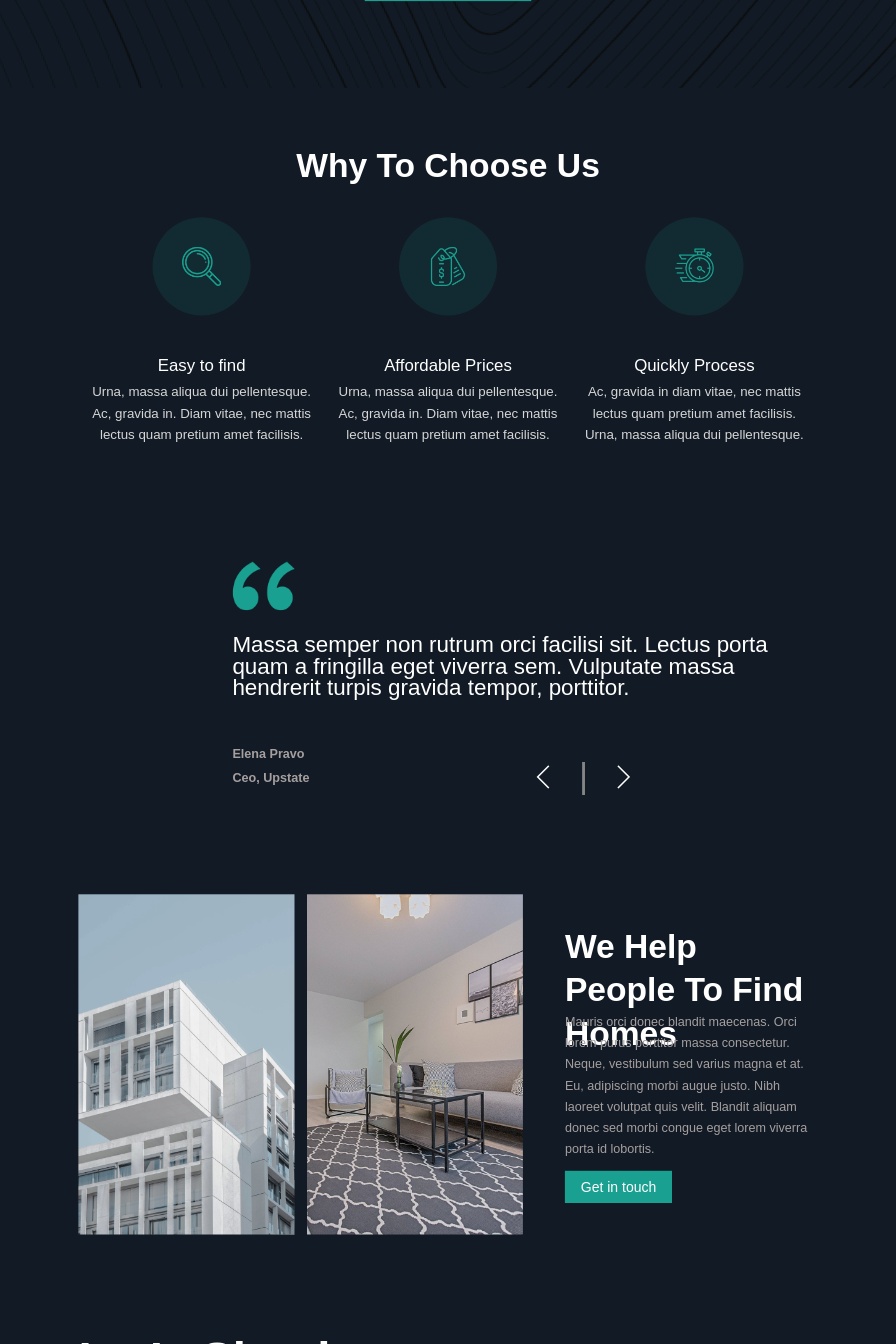
Repository: tung1233hhhhhhhhhhhhh/WebClone-Home
Page: index.html
An editor plug-in stored every save of this project. The page is shown before and after the next save, followed by the edit.
The browser window is 1280 px wide. The pictures show the part of the page from y = 1942 to 3862 px (the page is 4165 px tall), at 70% of full size.
After loading, the first visible `div.testimonial-next` was clicked once.

Above is the page before, as saved 2023-05-25 09:32:16.

### index.html
<!DOCTYPE html>
<html lang="en">

<head>
    <meta charset="UTF-8">
    <meta http-equiv="X-UA-Compatible" content="IE=edge">
    <meta name="viewport" content="width=device-width, initial-scale=1.0">
    <title>Document</title>
    <link rel="stylesheet" href="./assets/css/main.css">
    <link rel="stylesheet" href="./assets/css/root.css">
    <link rel="stylesheet" href="./assets/fonts/themify-icons/themify-icons.css">
</head>

<body>
    <div id="hearder">
        <div class="nav">
            <div class="nav-brand">
                <img src="./assets/img/logo.png" alt="">
            </div>
            <ul class="nav-list">
                <li><a href="">Home</a></li>
                <li><a href="">About Us</a></li>
                <li><a href="">Buying</a></li>
                <li><a href="">Renting</a> </li>
                <li><a href="">Selling</a> </li>
                <li><a href="">Contant Us</a> </li>
                <li><a href="">Pages
                        <i class="ti-angle-down"></i>
                    </a> </li>
                <li><button class="nav-btn-login">Login</button></li>
                <li><button class="nav-btn-signup">Sign Up</button></li>
            </ul>
        </div>
    </div>

    <!--billboard  -->

    <div id="billboard">
        <div class="container">
            <div class="main">
                <div class="billboard-text">
                    <h1>Perfect Way To Buy And Sell A Home</h1>
                    <p>Diam vitae, nec mattis lectus quam pretium amet facilisis. Urna, massa aliqua dui pellentesque.
                        Ac, gravida in eget non amet eget purus non.</p>
                    <div class="navbar-billboard">
                        <div class="container-billboard">

                            <div class="billboard-select">
                                <select name="" id="" class="form-select">
                                    <option value="">Purpose</option>
                                    <option value="">Buy</option>
                                    <option value="">Action</option>
                                    <option value="">Something else here</option>
                                </select>
                            </div>
                            <div class="billboard-select">
                                <select name="" id="" class="form-select">
                                    <option value="">Location</option>
                                    <option value="">Action</option>
                                    <option value="">Another action</option>
                                    <option value="">Something else here</option>
                                </select>
                            </div>
                            <div class="billboard-select">
                                <select name="" id="" class="form-select">
                                    <option value="">Action</option>
                                    <option value="">Another action</option>
                                    <option value="">Something else here</option>
                                    <option value="">Type</option>
                                </select>
                            </div>
                            <div class="billboard-btn">
                                <button class="btn-select">Search</button>
                            </div>
                        </div>
                    </div>
                </div>

                <div class="billboard-img"></div>

            </div>
        </div>
    </div>

    <!-- feature -->

    <div id="feature">
        <div class="container">
            <div class="feature-row">
                <h2>Featured In</h2>
            </div>
            <div class="feature-row row-logo">
                <div class="feature-logo">
                    <img src="./assets/img/logo1.png" alt="">
                </div>
                <div class="feature-logo">
                    <img src="./assets/img/logo2.png" alt="">
                </div>
                <div class="feature-logo">
                    <img src="./assets/img/logo3.png" alt="">
                </div>
                <div class="feature-logo">
                    <img src="./assets/img/logo4.png" alt="">
                </div>
                <div class="feature-logo">
                    <img src="./assets/img/logo6.png" alt="">
                </div>
            </div>
        </div>
    </div>

    <!-- residence -->

    <div id="residence">
        <div class="container">
            <h2 class="text-residence">Popular Residence</h2>
            <div class="btn-next"></div>
            <div class="btn-prev"></div>
            <div class="residence-content">
                <div class="wrapper-residence">
                    <div class="box-slide">
                        <div class="card">
                            <img src="./assets/img/katie-musial-Zf5zT1torbg-unsplash.png" alt="">
                            <div class="card-text">
                                <h5>Aliva Priva Jalvin</h5>
                                <p>1087 Pin Oak Drive, Clinton, USA</p>
                                <div class="card-logo">
                                    <ul>
                                        <li class="logo-list">
                                            <img src="./assets/img/bed.png" alt="">
                                            4 bed
                                        </li>
                                        <li class="logo-list">
                                            <img src="./assets/img/bath.png" alt="">
                                            2 bath
                                        </li>
                                        <li class="logo-list">
                                            <img src="./assets/img/square.png" alt="">
                                            1203 Sqft.
                                        </li>
                                    </ul>
                                </div>
                            </div>

                        </div>
                    </div>

                    <div class="box-slide">
                        <div class="card">
                            <img src="./assets/img/lance-anderson-QdAAasrZhdk-unsplash.png" alt="">
                            <div class="card-text">
                                <h5>Aliva Priva Jalvin</h5>
                                <p>1087 Pin Oak Drive, Clinton, USA</p>
                                <div class="card-logo">
                                    <ul>
                                        <li class="logo-list">
                                            <img src="./assets/img/bed.png" alt="">
                                            4 bed
                                        </li>
                                        <li class="logo-list">
                                            <img src="./assets/img/bath.png" alt="">
                                            2 bath
                                        </li>
                                        <li class="logo-list">
                                            <img src="./assets/img/square.png" alt="">
                                            1203 Sqft.
                                        </li>
                                    </ul>
                                </div>
                            </div>
                        </div>
                    </div>

                    <div class="box-slide">
                        <div class="card">
                            <img src="./assets/img/pexels-scott-webb-532569.png" alt="">
                            <div class="card-text">
                                <h5>Aliva Priva Jalvin</h5>
                                <p>1087 Pin Oak Drive, Clinton, USA</p>
                                <div class="card-logo">
                                    <ul>
                                        <li class="logo-list">
                                            <img src="./assets/img/bed.png" alt="">
                                            4 bed
                                        </li>
                                        <li class="logo-list">
                                            <img src="./assets/img/bath.png" alt="">
                                            2 bath
                                        </li>
                                        <li class="logo-list">
                                            <img src="./assets/img/square.png" alt="">
                                            1203 Sqft.
                                        </li>
                                    </ul>
                                </div>
                            </div>
                        </div>
                    </div>

                    <div class="box-slide">
                        <div class="card">
                            <img src="./assets/img/katie-musial-Zf5zT1torbg-unsplash.png" alt="">
                            <div class="card-text">
                                <h5>Aliva Priva Jalvin</h5>
                                <p>1087 Pin Oak Drive, Clinton, USA</p>
                                <div class="card-logo">
                                    <ul>
                                        <li class="logo-list">
                                            <img src="./assets/img/bed.png" alt="">
                                            4 bed
                                        </li>
                                        <li class="logo-list">
                                            <img src="./assets/img/bath.png" alt="">
                                            2 bath
                                        </li>
                                        <li class="logo-list">
                                            <img src="./assets/img/square.png" alt="">
                                            1203 Sqft.
                                        </li>
                                    </ul>
                                </div>
                            </div>

                        </div>
                    </div>

                    <div class="box-slide">
                        <div class="card">
                            <img src="./assets/img/lance-anderson-QdAAasrZhdk-unsplash.png" alt="">
                            <div class="card-text">
                                <h5>Aliva Priva Jalvin</h5>
                                <p>1087 Pin Oak Drive, Clinton, USA</p>
                                <div class="card-logo">
                                    <ul>
                                        <li class="logo-list">
                                            <img src="./assets/img/bed.png" alt="">
                                            4 bed
                                        </li>
                                        <li class="logo-list">
                                            <img src="./assets/img/bath.png" alt="">
                                            2 bath
                                        </li>
                                        <li class="logo-list">
                                            <img src="./assets/img/square.png" alt="">
                                            1203 Sqft.
                                        </li>
                                    </ul>
                                </div>
                            </div>
                        </div>
                    </div>

                    <div class="box-slide">
                        <div class="card">
                            <img src="./assets/img/pexels-scott-webb-532569.png" alt="">
                            <div class="card-text">
                                <h5>Aliva Priva Jalvin</h5>
                                <p>1087 Pin Oak Drive, Clinton, USA</p>
                                <div class="card-logo">
                                    <ul>
                                        <li class="logo-list">
                                            <img src="./assets/img/bed.png" alt="">
                                            4 bed
                                        </li>
                                        <li class="logo-list">
                                            <img src="./assets/img/bath.png" alt="">
                                            2 bath
                                        </li>
                                        <li class="logo-list">
                                            <img src="./assets/img/square.png" alt="">
                                            1203 Sqft.
                                        </li>
                                    </ul>
                                </div>
                            </div>
                        </div>
                    </div>


                </div>
            </div>
            <div class="residence-btn">
                <button>View all properties</button>
            </div>
        </div>
    </div>

    <!-- about-us -->

    <div id="about-us">
        <div class="container">
            <div class="main">
                <h2>Why To Choose Us</h2>
                <div class="about-content">
                    <div class="about-box">
                        <img src="./assets/img/search.png" alt="">
                        <h4>Easy to find</h4>
                        <p>Urna, massa aliqua dui pellentesque. Ac, gravida in. Diam vitae, nec mattis lectus quam
                            pretium amet facilisis.</p>
                    </div>
                    <div class="about-box">
                        <img src="./assets/img/price.png" alt="">
                        <h4>Affordable Prices</h4>
                        <p>Urna, massa aliqua dui pellentesque. Ac, gravida in. Diam vitae, nec mattis lectus quam
                            pretium amet facilisis.</p>
                    </div>
                    <div class="about-box">
                        <img src="./assets/img/time.png" alt="">
                        <h4>Quickly Process</h4>
                        <p>Ac, gravida in diam vitae, nec mattis lectus quam pretium amet facilisis. Urna, massa aliqua
                            dui pellentesque.
                    </div>
                </div>
            </div>
        </div>
    </div>

    <!-- testimonial -->

    <div id="testimonial">
        <div class="container">
            <div class="testimonial-main">
                <div class="testimonial-wrapper">
                    <div class="slide-list">
                        <div class="slide-content">
                            <div class="slide-box">
                                <img src="./assets/img/quote.png" alt="">
                                <P>Massa semper non rutrum orci facilisi sit. Lectus porta quam a fringilla
                                    eget viverra sem. Vulputate massa hendrerit turpis gravida tempor, porttitor.</P>
                                <h1>Elena Pravo</h1>
                                <h2>Ceo, Upstate</h2>
                            </div>
                        </div>
                    </div>
                    <div class="slide-list">
                        <div class="slide-content">
                            <div class="slide-box">
                                <img src="./assets/img/quote.png" alt="">
                                <P>Massa semper non rutrum orci facilisi sit. Lectus porta quam a fringilla
                                    eget viverra sem. Vulputate massa hendrerit turpis gravida tempor, porttitor.</P>
                                <h1>Elena Pravo</h1>
                                <h2>Ceo, Upstate</h2>
                            </div>
                        </div>
                    </div>
                    <div class="slide-list">
                        <div class="slide-content">
                            <div class="slide-box">
                                <img src="./assets/img/quote.png" alt="">
                                <P>Massa semper non rutrum orci facilisi sit. Lectus porta quam a fringilla
                                    eget viverra sem. Vulputate massa hendrerit turpis gravida tempor, porttitor.</P>
                                <h1>Elena Pravo</h1>
                                <h2>Ceo, Upstate</h2>
                            </div>
                        </div>
                    </div>
                    <div class="slide-list">
                        <div class="slide-content">
                            <div class="slide-box">
                                <img src="./assets/img/quote.png" alt="">
                                <P>Massa semper non rutrum orci facilisi sit. Lectus porta quam a fringilla
                                    eget viverra sem. Vulputate massa hendrerit turpis gravida tempor, porttitor.</P>
                                <h1>Elena Pravo</h1>
                                <h2>Ceo, Upstate</h2>
                            </div>
                        </div>
                    </div>
                    <div class="slide-list">
                        <div class="slide-content">
                            <div class="slide-box">
                                <img src="./assets/img/quote.png" alt="">
                                <P>Massa semper non rutrum orci facilisi sit. Lectus porta quam a fringilla
                                    eget viverra sem. Vulputate massa hendrerit turpis gravida tempor, porttitor.</P>
                                <h1>Elena Pravo</h1>
                                <h2>Ceo, Upstate</h2>
                            </div>
                        </div>
                    </div>
                </div>
                <div class="testimonial-btn">
                    <div class="testimonial-prev">
                        <i class="ti-angle-left"></i>
                    </div>
                    <span>|</span>
                    <div class="testimonial-next">
                        <i class="ti-angle-right"></i>
                    </div>
                </div>
            </div>
        </div>
    </div>


    <!-- help -->

    <div id="help">
        <div class="container">
            <div class="help-main">
                <div class="help-img">
                    <img src="./assets/img/Group 1.png" alt="">
                </div>
                <div class="help-text">
                    <h2>We Help People To Find Homes</h2>
                    <p>Mauris orci donec blandit maecenas. Orci lorem purus porttitor massa consectetur. Neque,
                        vestibulum sed varius magna et at. Eu, adipiscing morbi augue justo. Nibh laoreet volutpat quis
                        velit. Blandit aliquam donec sed morbi congue eget lorem viverra porta id lobortis.</p>
                    <button>Get in touch</button>
                </div>
            </div>
        </div>
    </div>

    <!-- start -->

    <div id="start">
        <div class="container">
            <div class="start-main">
                <div class="start-left">
                    <h1>Let’s simply begin with rentiz.</h1>
                </div>
                <div class="start-right">
                    <p>Neque, vestibulum sed varius magna et at. Eu, adipiscing morbi augue justo. Nibh
                        laoreet volutpat quis velit. Blandit aliquam donec sed morbi congue eget lorem viverra porta id
                        lobortis.</p>
                    <button>Get Started</button>
                </div>
            </div>
        </div>
    </div>

    <!-- footer -->

    <footer>

    </footer>
    <script src="./js/index.js"></script>
</body>

</html>

### assets/css/root.css
:root {
    --accent-color: #1AA090;
    --dark-color: #121B25;
    --grey-color: #83898F;
    --body-text-color: #FFFFFF;
    --light-text-color: #a69f9f;
    --link-color: #092035;
}

### js/index.js
const prevTestimonial = document.querySelector(".testimonial-prev");
const nextTestimonial = document.querySelector(".testimonial-next");

prevTestimonial.addEventListener("click", () => {
  handleChangeSlide(-1);
});

nextTestimonial.addEventListener("click", () => {
  handleChangeSlide(1);
});

function handleChangeSlide(direction) {}

Loaded but not shown: assets/fonts/themify-icons/themify-icons.css (common file); assets/css/main.css (578 lines, source omitted)

After the next save:
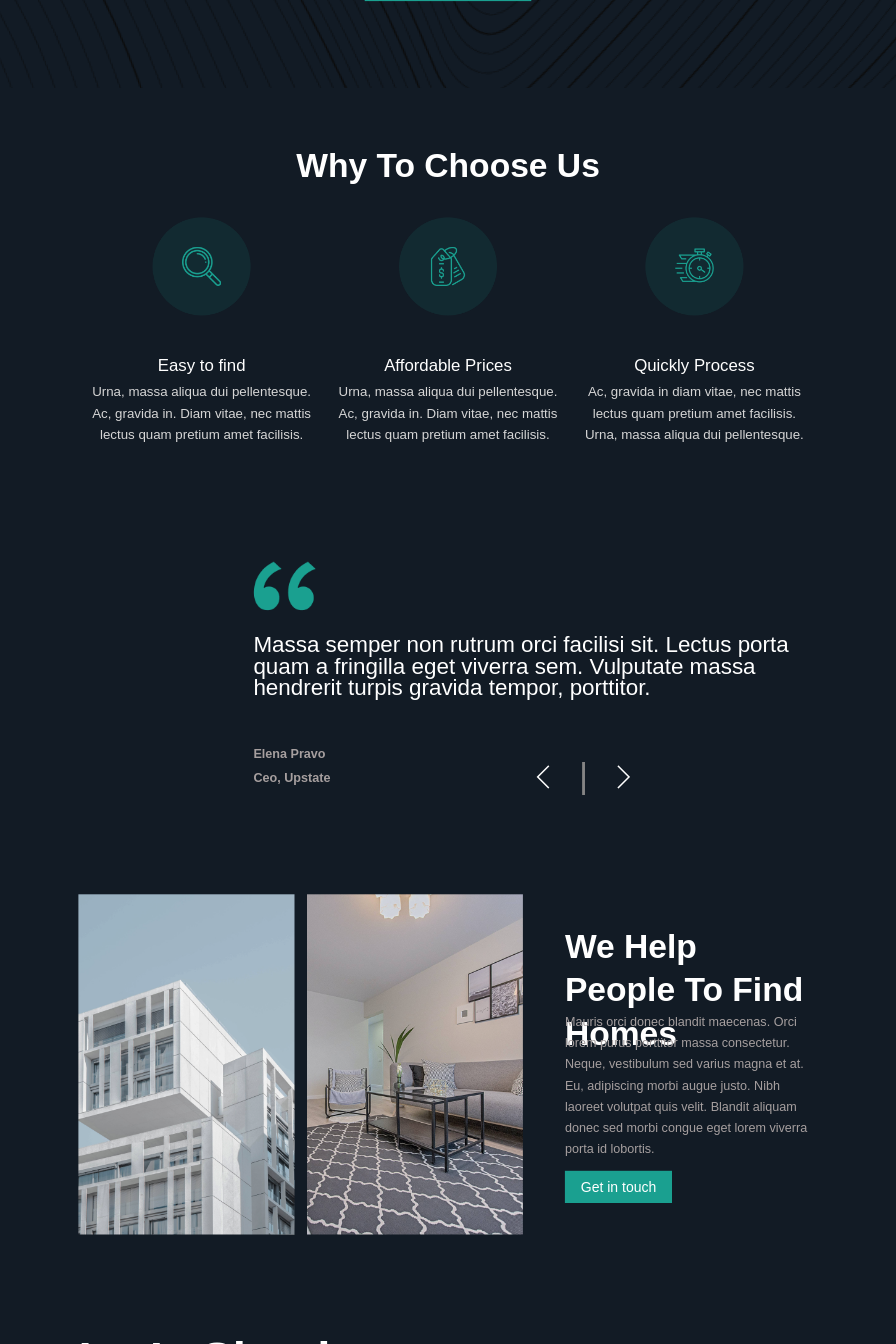
Saved 3 min 12 s later.
--- a/js/index.js
+++ b/js/index.js
@@ -1,12 +1,22 @@
-const prevTestimonial = document.querySelector(".testimonial-prev");
-const nextTestimonial = document.querySelector(".testimonial-next");
+window.addEventListener("load", function () {
+  const sliderMain = document.querySelector(".testimonial-wrapper");
+  const sliderItems = document.querySelectorAll(".slide-list");
+  const prevTestimonial = document.querySelector(".testimonial-prev");
+  const nextTestimonial = document.querySelector(".testimonial-next");
+  const sliderItemWidth = sliderItems[0].offsetWidth;
+  const sliderLength = sliderItems.length;
+  let postionX = 0;
+  let index = 0;
+  nextTestimonial.addEventListener("click", function () {
+    handleChangeSlide(1);
+  });
+  prevTestimonial.addEventListener("click", function () {
+    handleChangeSlide(-1);
+  });
 
-prevTestimonial.addEventListener("click", () => {
-  handleChangeSlide(-1);
+  function handleChangeSlide(direction) {
+    index = Math.max(Math.min(index + direction, sliderLength - 1), 0);
+    postionX = -index * sliderItemWidth;
+    sliderMain.style.transform = `translateX(${postionX}px)`;
+  }
 });
-
-nextTestimonial.addEventListener("click", () => {
-  handleChangeSlide(1);
-});
-
-function handleChangeSlide(direction) {}
